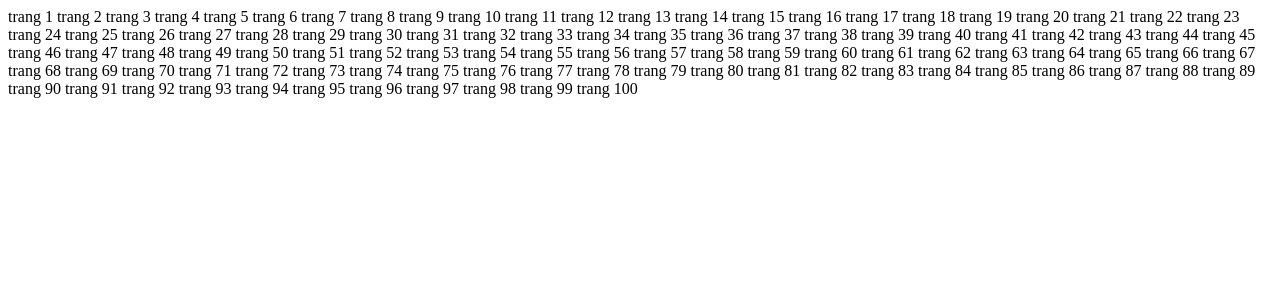
Repository: PhanCanhThoi/javaNangCao-Truong
Page: http://localhost/Nhom6/phantrang.jsp
These files come from the project's save history. The page is drawn as it stood at one moment and after the next save; the edit follows.
The browser window is 1280 px wide. The pictures show the whole page.
The page is served by Tomcat 9. Other server files are loaded and not shown.

Above is the page before, as saved 2024-09-10 02:29:13.

### CodeJava/Nhom6/src/main/webapp/phantrang.jsp
<%@ page language="java" contentType="text/html; charset=UTF-8"
    pageEncoding="UTF-8"%>
<!DOCTYPE html>
<html>
<head>
<meta charset="UTF-8">
<title>Insert title here</title>
</head>
<body>
	<%for(int i = 1 ; i <= 100 ; i++){ %>
		<a>trang <%=i %></a>
		<%} %>
</body>
</html>

After the next save:
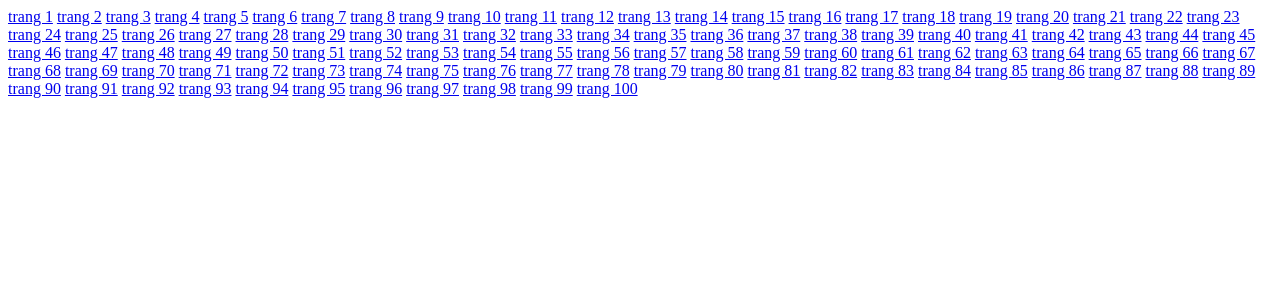
Saved 53 s later.
--- a/CodeJava/Nhom6/src/main/webapp/phantrang.jsp
+++ b/CodeJava/Nhom6/src/main/webapp/phantrang.jsp
@@ -8,7 +8,7 @@
 </head>
 <body>
 	<%for(int i = 1 ; i <= 100 ; i++){ %>
-		<a>trang <%=i %></a>
+		<a href="phantrang.jsp"> trang <%=i %></a>
 		<%} %>
 </body>
 </html>
